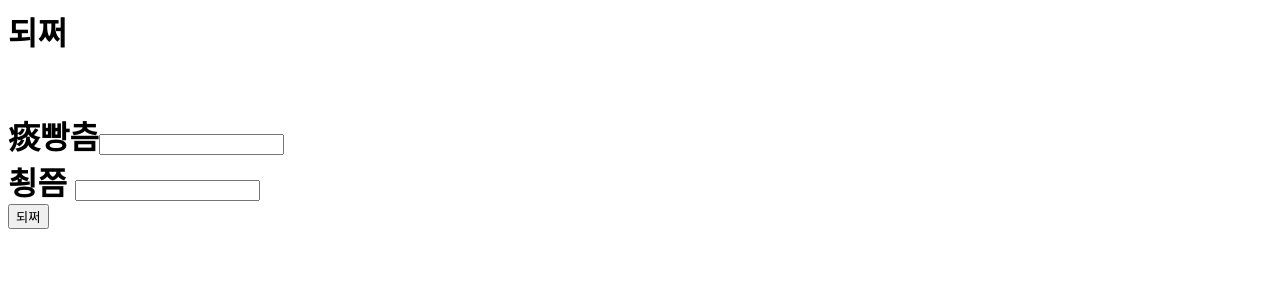
Repository: qq847261175/JavaWeb
Page: Servlet_0011_LoginServlet/WebRoot/default.html
The author's editor kept a copy of each file at every save. The page is drawn from the files as they stood at one save, then again after the next save.
The browser window is 1280 px wide. The pictures show the whole page.

Above is the page before, as saved 2016-10-27 17:11:20.

### Servlet_0011_LoginServlet/WebRoot/default.html
<html>
<head>
<head/>
<body>
<h1>되쩌<h1/><br/>
<form action="loginServlet"  method="post">
痰빵츰<input type="text" name="userName"/><br/>
쵱쯤   <input type="password" name="password"/><br/>
<input type="submit" value="되쩌"/>
<form/>
<body/>
<html/>

After the next save:
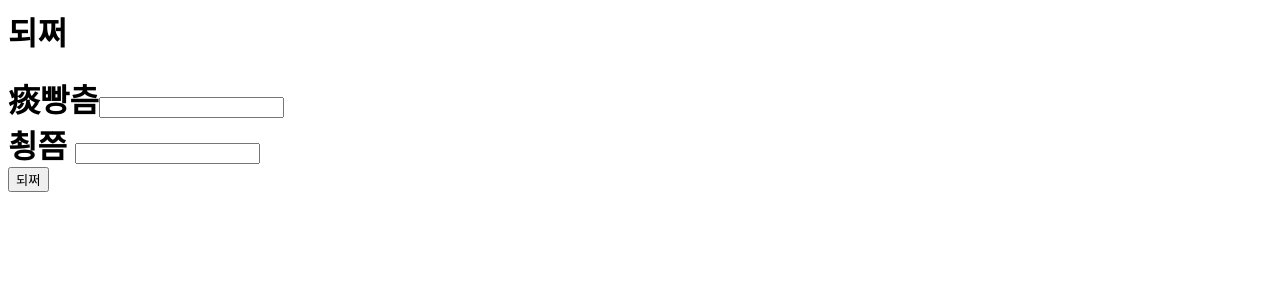
Saved 9 s later.
--- a/Servlet_0011_LoginServlet/WebRoot/default.html
+++ b/Servlet_0011_LoginServlet/WebRoot/default.html
@@ -2,7 +2,8 @@
 <head>
 <head/>
 <body>
-<h1>되쩌<h1/><br/>
+<h1>되쩌<h1/>
+
 <form action="loginServlet"  method="post">
 痰빵츰<input type="text" name="userName"/><br/>
 쵱쯤   <input type="password" name="password"/><br/>
